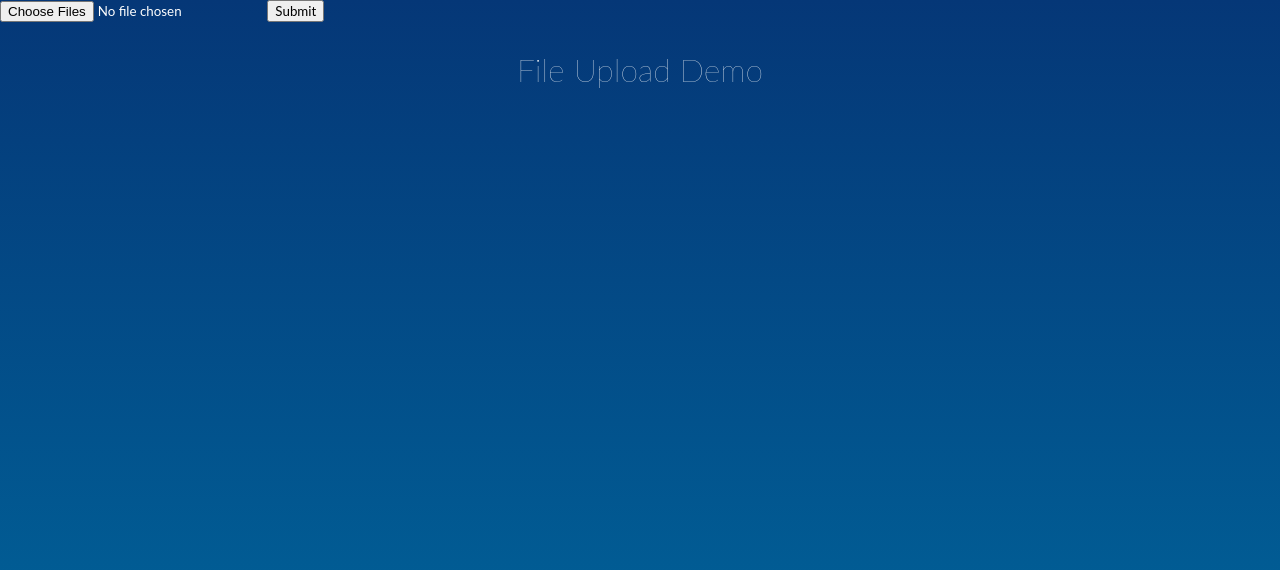
Repository: rakeshgowdan/Servlets-Jsp
Page: http://localhost/FileUploadDemo/
An editor plug-in stored every save of this project. The page is shown before and after the next save, followed by the edit.
The browser window is 1280 px wide. The pictures show the whole page.
The page is served by Tomcat 9.

Above is the page before, as saved 2019-02-04 15:54:29.

After the next save:
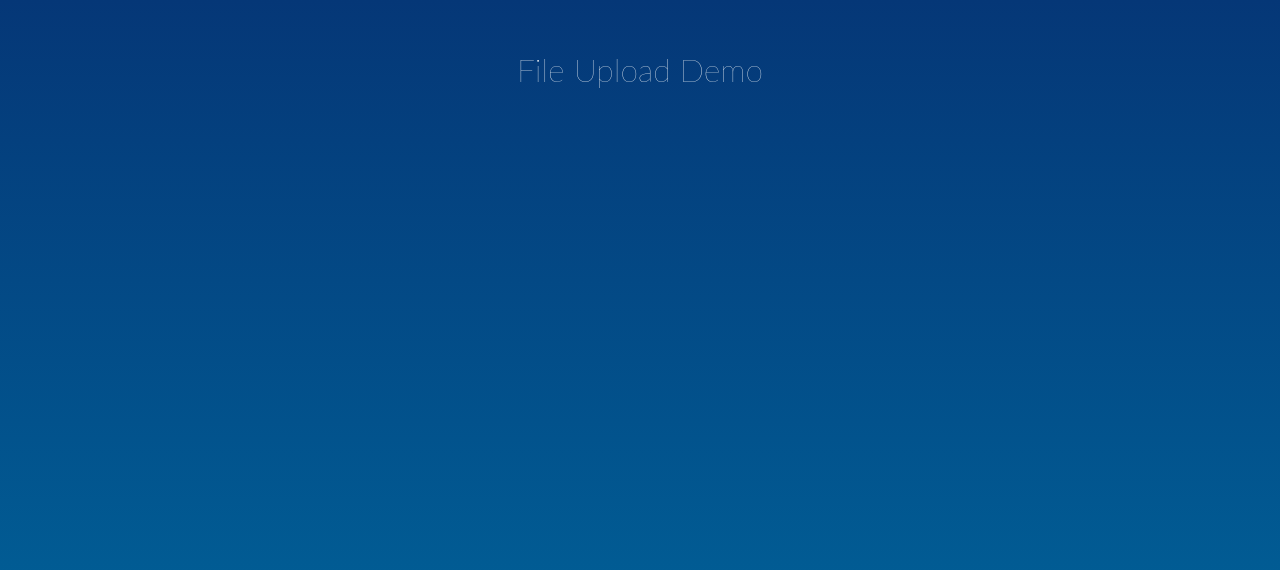
Saved 45 s later.
--- a/FileUploadDemo/src/main/webapp/index.jsp
+++ b/FileUploadDemo/src/main/webapp/index.jsp
@@ -19,6 +19,21 @@
   @include justify-content(center);
   @include linear-gradient(to top right, #bf7a6b 0%, #e6d8a7 100%);
 }
+input {
+    opacity: 0;
+    position: absolute;
+    top: 0;
+    right: 0;
+    bottom: 0;
+    left: 0;
+    z-index: 99;
+    height: $height - 20px;
+    margin: 0;
+    padding: 0;
+    display: block;
+    cursor: pointer;
+    width: 100%;
+  }
 
 html, body {
 	margin: 0;
